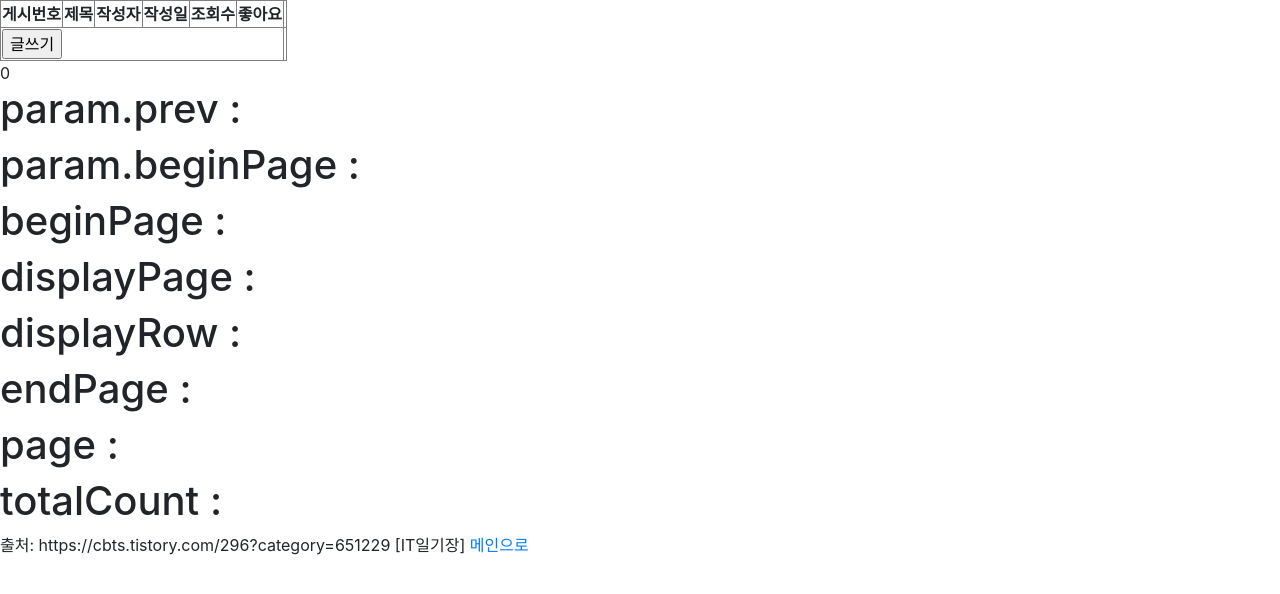
Repository: KimHeonSeung/TJE_Servlet_JSP
Page: http://localhost/kimheonseung/WEB-INF/forms/simple_board.jsp
An editor plug-in stored every save of this project. The page is shown before and after a run of saves, followed by the edit.
The browser window is 1280 px wide. The pictures show the whole page.
The page is served by Tomcat 9. Nobody is signed in. Other server files are loaded and not shown. The template is opened directly, without the code that normally fills it, so the values that code supplies are empty.

Above is the page before, as saved 2019-06-25 03:31:55.

### sources/kimheonseung/WebContent/WEB-INF/forms/simple_board.jsp
<%@ page language="java" contentType="text/html; charset=UTF-8"
    pageEncoding="UTF-8"%>
<%@ taglib prefix="c" uri="http://java.sun.com/jsp/jstl/core" %>
<!DOCTYPE html>
<html>
<head>
<meta charset="UTF-8">
<meta name="viewport" content="width=device-width, initial-scale=1, shrink-to-fit=no">
<link rel="stylesheet" href="https://stackpath.bootstrapcdn.com/bootstrap/4.3.1/css/bootstrap.min.css" integrity="sha384-ggOyR0iXCbMQv3Xipma34MD+dH/1fQ784/j6cY/iJTQUOhcWr7x9JvoRxT2MZw1T" crossorigin="anonymous">
<title>게시판</title>
</head>
<body>

	<form action="<%= request.getContextPath() %>/write_board.khs" method="get">
<table border="1">
	<tr>
		<th>게시번호</th>
		<th>제목</th>
		<th>작성자</th>
		<th>작성일</th>
		<th>조회수</th>
		<th>좋아요</th>
		<td><input type="hidden" name="board_id" value="${ board_id }"></td>
	</tr>
	<c:forEach var="article" items="${ simpleBoard }">
		<tr>
			<td align="center">${ article.article_num }</td>
			<td align="center">
				<a href="<%= request.getContextPath() %>/detail_board.khs?article_num=${ article.article_num }">${ article.article_title } [
					<c:forEach var="comment" items="${ articleNumAndCommentMap }">
						<c:if test="${ article.article_num eq comment.key }">
							${ comment.value }</c:if>
					</c:forEach>
					]</a>
				</td>
			<td align="center">${ article.writer_nick }</td>
			<td align="center">${ article.write_date }</td>
			<td align="center">${ article.read_count }</td>
			<td align="center">${ article.like_count }</td>
		</tr>
	</c:forEach>
	<tr>
		<th colspan="6" align="right"><input type="submit" value="글쓰기"></th>
	</tr>
</table>
	</form>

<jsp:include page="./paging.jsp">
    <jsp:param value="${paging.page}" name="page"/>
    <jsp:param value="${paging.beginPage}" name="beginPage"/>
    <jsp:param value="${paging.endPage}" name="endPage"/>
    <jsp:param value="${paging.prev}" name="prev"/>
    <jsp:param value="${paging.next}" name="next"/>
</jsp:include>


출처: https://cbts.tistory.com/296?category=651229 [IT일기장]

<a href="<%= request.getContextPath() %>/main.khs">메인으로</a>


<script src="https://code.jquery.com/jquery-3.3.1.slim.min.js" integrity="sha384-q8i/X+965DzO0rT7abK41JStQIAqVgRVzpbzo5smXKp4YfRvH+8abtTE1Pi6jizo" crossorigin="anonymous"></script>
<script src="https://cdnjs.cloudflare.com/ajax/libs/popper.js/1.14.7/umd/popper.min.js" integrity="sha384-UO2eT0CpHqdSJQ6hJty5KVphtPhzWj9WO1clHTMGa3JDZwrnQq4sF86dIHNDz0W1" crossorigin="anonymous"></script>
<script src="https://stackpath.bootstrapcdn.com/bootstrap/4.3.1/js/bootstrap.min.js" integrity="sha384-JjSmVgyd0p3pXB1rRibZUAYoIIy6OrQ6VrjIEaFf/nJGzIxFDsf4x0xIM+B07jRM" crossorigin="anonymous"></script>
</body>
</html>

### sources/kimheonseung/WebContent/WEB-INF/forms/paging.jsp
<%@ page language="java" contentType="text/html; charset=UTF-8"
    pageEncoding="UTF-8"%>
<%@ taglib prefix="c" uri="http://java.sun.com/jsp/jstl/core" %>
<!DOCTYPE html>
<html>
<head>
<meta charset="UTF-8">
<title>paing 연습</title>
</head>
<body>
<div id="paging">
<!-- 1~10까지 있는 페이지의 페이징 -->
<c:url var="action" value="/simple_board.khs"/>
<c:if test="${param.prev}">
    <a href="${action}?board_id=1&page=${param.beginPage-1}">prev</a>
</c:if>
<c:forEach begin="${param.beginPage}" end="${param.endPage}" step="1" var="index">
    <c:choose>
        <c:when test="${param.page==index}">
            ${index}
        </c:when>
        <c:otherwise>
            <a href="${action}?board_id=1&page=${index}">${index}</a>
        </c:otherwise>
    </c:choose>
</c:forEach>
<c:if test="${param.next}">
    <a href="${action}?board_id=1&page=${param.endPage+1}">next</a>
</c:if>
</div>


<h1>param.prev : ${ param.prev }</h1>
<h1>param.beginPage : ${ param.beginPage }</h1>


<h1>beginPage : ${ param.beginPage }</h1>
<h1>displayPage : ${ param.displayPage }</h1>
<h1>displayRow : ${ param.displayRow }</h1>
<h1>endPage : ${ param.endPage }</h1>
<h1>page : ${ param.page }</h1>
<h1>totalCount : ${ param.totalCount }</h1>








</body>


</html>

After the next 5 saves:
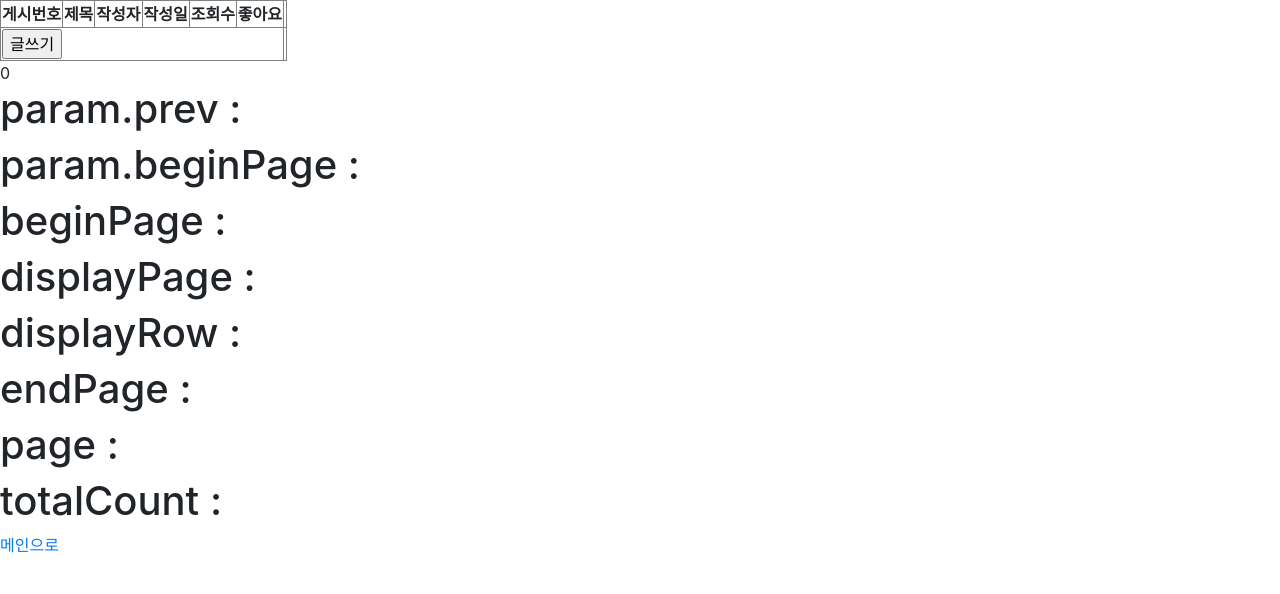
The 5 saves are shown as one change because 4 did not build or start.
The last was saved 10 min 17 s later.
--- a/sources/kimheonseung/WebContent/WEB-INF/forms/simple_board.jsp
+++ b/sources/kimheonseung/WebContent/WEB-INF/forms/simple_board.jsp
@@ -45,16 +45,13 @@
 </table>
 	</form>
 
-<jsp:include page="./paging.jsp">
+<jsp:include page="/WEB-INF/forms/paging.jsp">
     <jsp:param value="${paging.page}" name="page"/>
     <jsp:param value="${paging.beginPage}" name="beginPage"/>
     <jsp:param value="${paging.endPage}" name="endPage"/>
     <jsp:param value="${paging.prev}" name="prev"/>
     <jsp:param value="${paging.next}" name="next"/>
 </jsp:include>
-
-
-출처: https://cbts.tistory.com/296?category=651229 [IT일기장]
 
 <a href="<%= request.getContextPath() %>/main.khs">메인으로</a>
 
